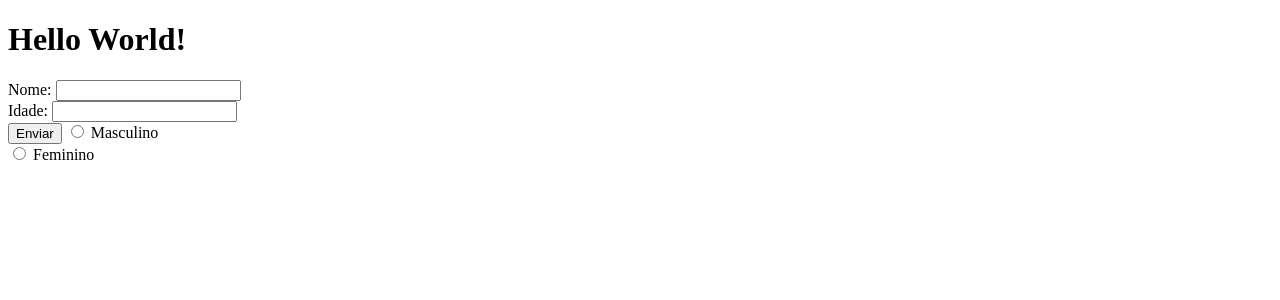
Repository: gustavofragadeveloper/Estudos-backend
Page: AULA6/aula-02-04/src/main/webapp/index.html
An editor plug-in stored every save of this project. The page is shown before and after the next save, followed by the edit.
The browser window is 1280 px wide. The pictures show the whole page.

Above is the page before, as saved 2024-04-03 00:14:16.

After the next save:
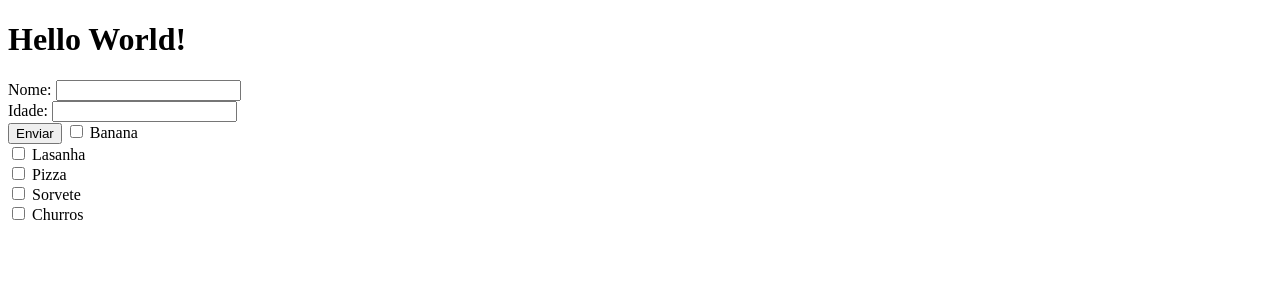
Saved 3 min 14 s later.
--- a/AULA6/aula-02-04/src/main/webapp/index.html
+++ b/AULA6/aula-02-04/src/main/webapp/index.html
@@ -10,8 +10,11 @@
 Nome: <input type="text" name="nome"><br>
 Idade: <input type="number" name="idade"><br>
 <input type="submit" value="Enviar">
-<input type="radio" name="sexo" value="Masculino"> Masculino <br>
-<input type="radio" name="sexo" value="Feminino"> Feminino <br>
+<input type="checkbox" name="comidasFavoritas" value="banana"> Banana <br>
+<input type="checkbox" name="comidasFavoritas" value="lasanha"> Lasanha <br>
+<input type="checkbox" name="comidasFavoritas" value="pizza"> Pizza <br>
+<input type="checkbox" name="comidasFavoritas" value="sorvete"> Sorvete <br>
+<input type="checkbox" name="comidasFavoritas" value="churros"> Churros <br>
 
 
 </form>
